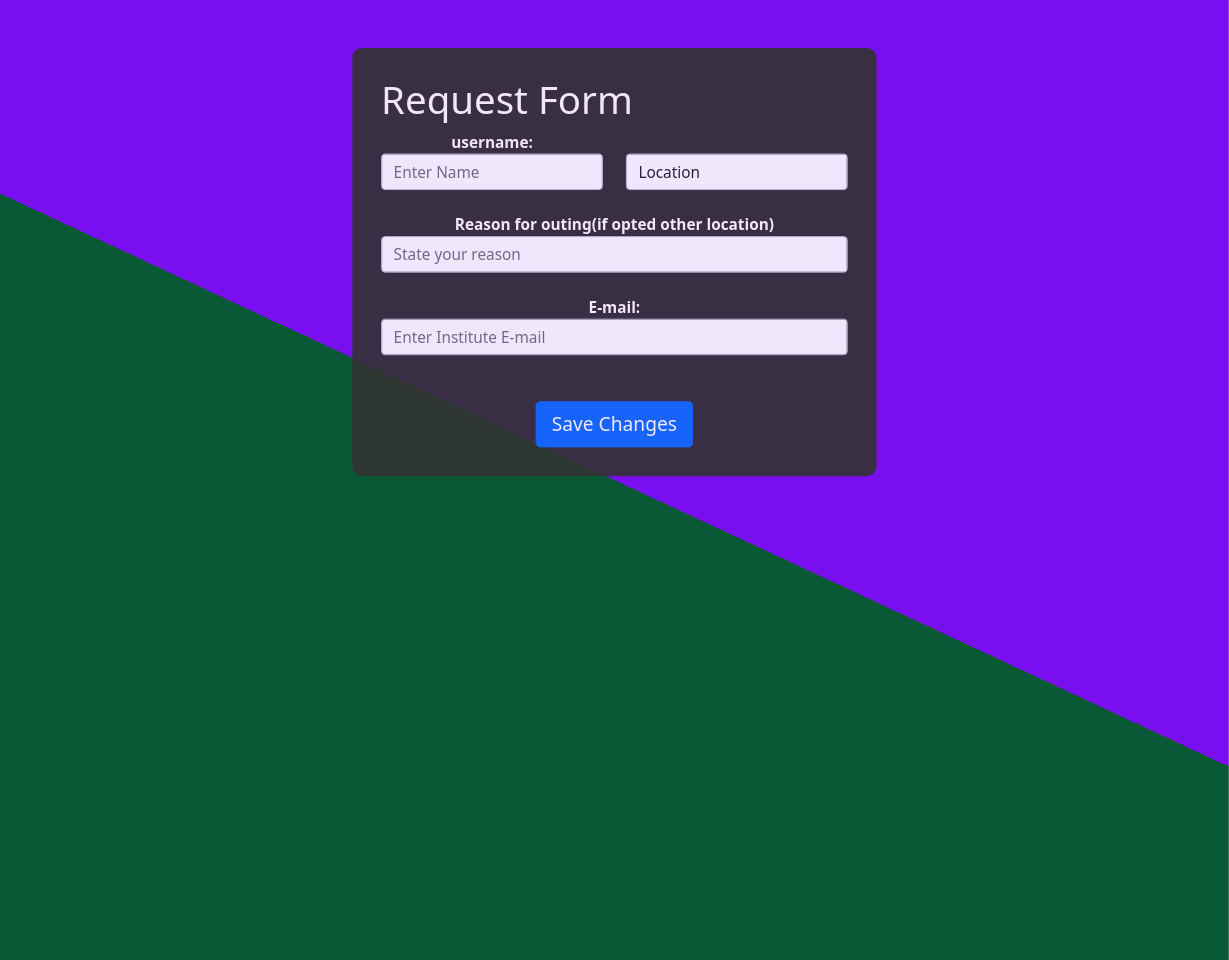
Repository: poornasyamasundar/Software-Project-Manager
Page: SoftwareManager/Templates/newProject.html
An editor plug-in stored every save of this project. The page is shown before and after the next save, followed by the edit.
The browser window is 1280 px wide. The pictures show the whole page, at 96% of full size.

Above is the page before, as saved 2021-10-21 22:31:41.

### SoftwareManager/Templates/newProject.html
<!DOCTYPE html>
<html>
	<head>
		<link rel = 'stylesheet' href = 'newProject.css'>
		<link href="https://cdn.jsdelivr.net/npm/bootstrap@5.0.2/dist/css/bootstrap.min.css" rel="stylesheet" integrity="sha384-EVSTQN3/azprG1Anm3QDgpJLIm9Nao0Yz1ztcQTwFspd3yD65VohhpuuCOmLASjC" crossorigin="anonymous">
		<title>
			New Project
		</title>
	</head>
	<body>
		<!-- <div id = 'homeMenu'>
			<div id = 'logo'>Logo and name</div>
			<div id = 'help'>Help</div>
			<div id = 'goback'>Go Back</div>
		</div>
		<div id = 'newProjectBox'>
			<div id = 'name'>
				Name of the Project
			</div>
			<div id = 'model'>
				Life Cycle model
			</div>
			<div id = 'contributors'>
				Contributors
			</div>
			<div id = 'repositorylink'>
				Github Repo Link
			</div>
			<div id = 'create'>
				Create
			</div>
		</div> -->

		<div class="container">
			<div class="row">
			  <div class="col-lg-3"></div>

			  <div class="col-lg-6">
				<div id="ui">
				  <h1>Request Form</h1>
				  <form class="form-group text-center" action="/student/dashboard/requests/send" method="POST">
					<div class="row">
					  <div class="col-lg-6">
						<label for="">username: </label>
						<input type="text" name="name" class="form-control" placeholder="Enter Name">
					  </div>
					  <div class="col-lg-6">
						<label for="empty-space"></label>
						<select class="form-control" name="location">
						  <option>Location</option>
						  <option>Tirupati</option>
						  <option>Yerpedu</option>
						  <option>Talakona</option>
						  <option>Others</option>
						</select>
					  </div>
					</div>
					<br>
					<label>Reason for outing(if opted other location)</label>
					<input type="text" name="reason" class="form-control" placeholder="State your reason">
					<br>
					<label>E-mail:</label>
					<input type="email" name="email" class="form-control" placeholder="Enter Institute E-mail">
					<br>
					<br>
					<input type="submit" name="submit" value="Save Changes" class="btn btn-primary btn-lg">
				  </form>
				</div>
			  </div>

			  <div class="col-lg-3"></div>
			</div>
		  </div>
		  <script src="https://cdn.jsdelivr.net/npm/bootstrap@5.0.2/dist/js/bootstrap.bundle.min.js" integrity="sha384-MrcW6ZMFYlzcLA8Nl+NtUVF0sA7MsXsP1UyJoMp4YLEuNSfAP+JcXn/tWtIaxVXM" crossorigin="anonymous"></script>
		</body>
	</body>
</html>

### SoftwareManager/Templates/newProject.css
/* body
{
	background-color: lightpink;
}
#homeMenu
{
	width: 100%;
	height: 80px;
	background-color: lightblue;
}
#logo
{
	width: 30vw;
	height: 80px;
	display: inline-block;
	background-color: lightgreen;
}
#goback
{
	width: 80px;
	height: 80px;
	display: inline-block;
	float: right;
	background-color: red;
}
#help
{
	width: 80px;
	height: 80px;
	display: inline-block;
	float: right;
	background-color: lightgreen;
}
#newProjectBox
{
	background-color: purple;
	width: 400px;
	margin: auto;
	height: 300px;
	margin-top: 10px;
	padding-top: 10px;
}
#create
{
	height: 40px;
	width: 100px;
	margin: auto;
	margin-top: 10px;
	background-color: yellow;
}
#name, #model, #contributors, #repositorylink
{
	height: 40px;
	width: 300px;
	margin: auto;
	margin-top: 10px;
	background-color: yellow;
} */

body {
	background-color: #4BDBC3;
	background-image: -webkit-linear-gradient(65deg, #095836  50%,  #790ff1 50%); /*#4aeaf0 #f05151 #F8F7DE*/
	min-height: 1000px;
  }

  #ui {
	background-color: #333;
	padding: 30px;
	margin-top: 50px;
	border-radius: 10px;
	opacity: 0.9;
	font-weight: bold;
  }

  #ui label,
  h1 {
	color: #fff;
  }

After the next save:
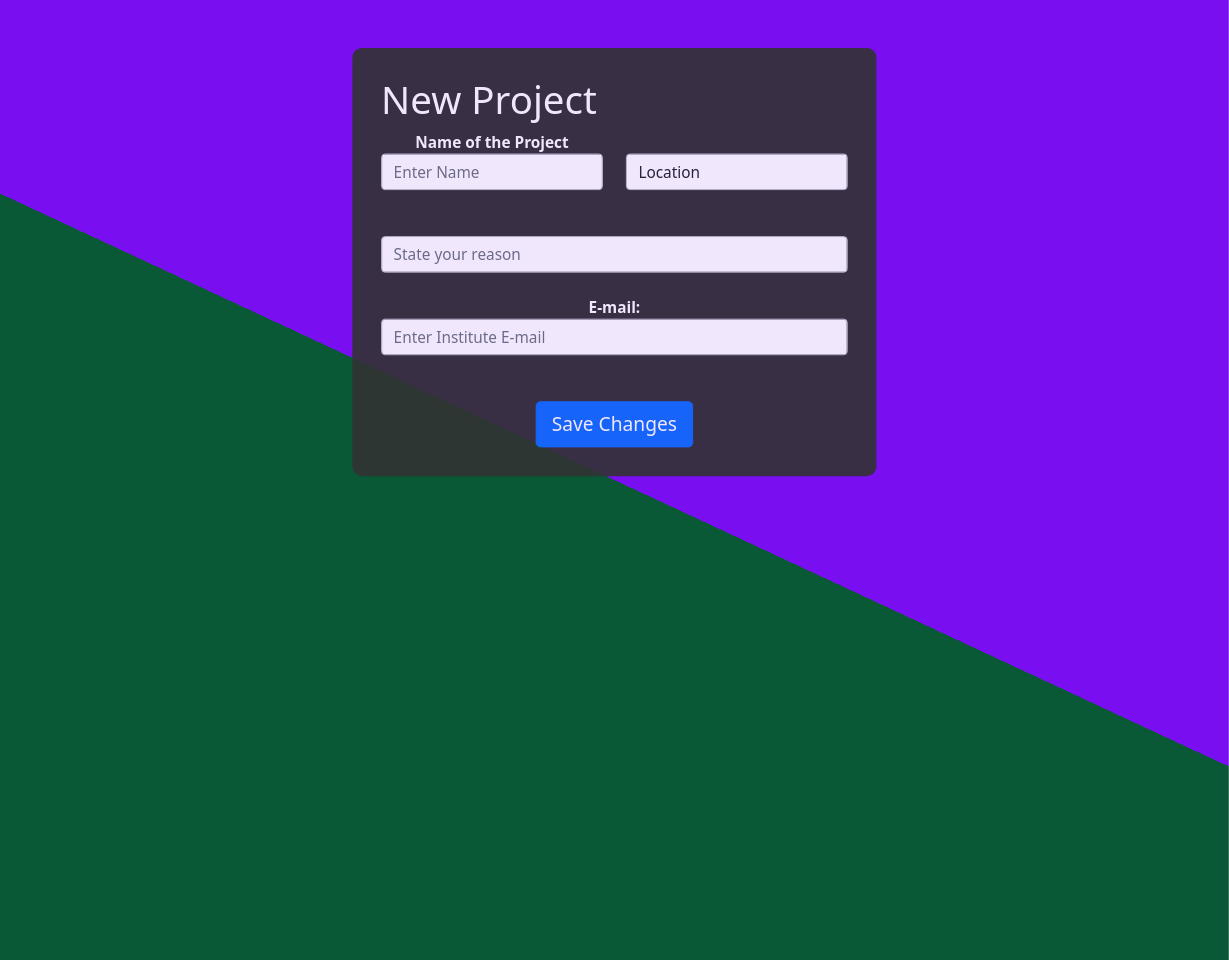
Saved 112 min 0 s later.
--- a/SoftwareManager/Templates/newProject.html
+++ b/SoftwareManager/Templates/newProject.html
@@ -37,26 +37,26 @@
 
 			  <div class="col-lg-6">
 				<div id="ui">
-				  <h1>Request Form</h1>
+				  <h1>New Project</h1>
 				  <form class="form-group text-center" action="/student/dashboard/requests/send" method="POST">
 					<div class="row">
 					  <div class="col-lg-6">
-						<label for="">username: </label>
+						<label for="">Name of the Project </label>
 						<input type="text" name="name" class="form-control" placeholder="Enter Name">
 					  </div>
 					  <div class="col-lg-6">
 						<label for="empty-space"></label>
-						<select class="form-control" name="location">
+						<select class="form-control" name="type">
 						  <option>Location</option>
-						  <option>Tirupati</option>
-						  <option>Yerpedu</option>
-						  <option>Talakona</option>
-						  <option>Others</option>
+						  <option>Waterfall Model</option>
+						  <option>Agile Model</option>
+						  <option>-</option>
+						  <option>--</option>
 						</select>
 					  </div>
 					</div>
 					<br>
-					<label>Reason for outing(if opted other location)</label>
+					<label></label>
 					<input type="text" name="reason" class="form-control" placeholder="State your reason">
 					<br>
 					<label>E-mail:</label>
